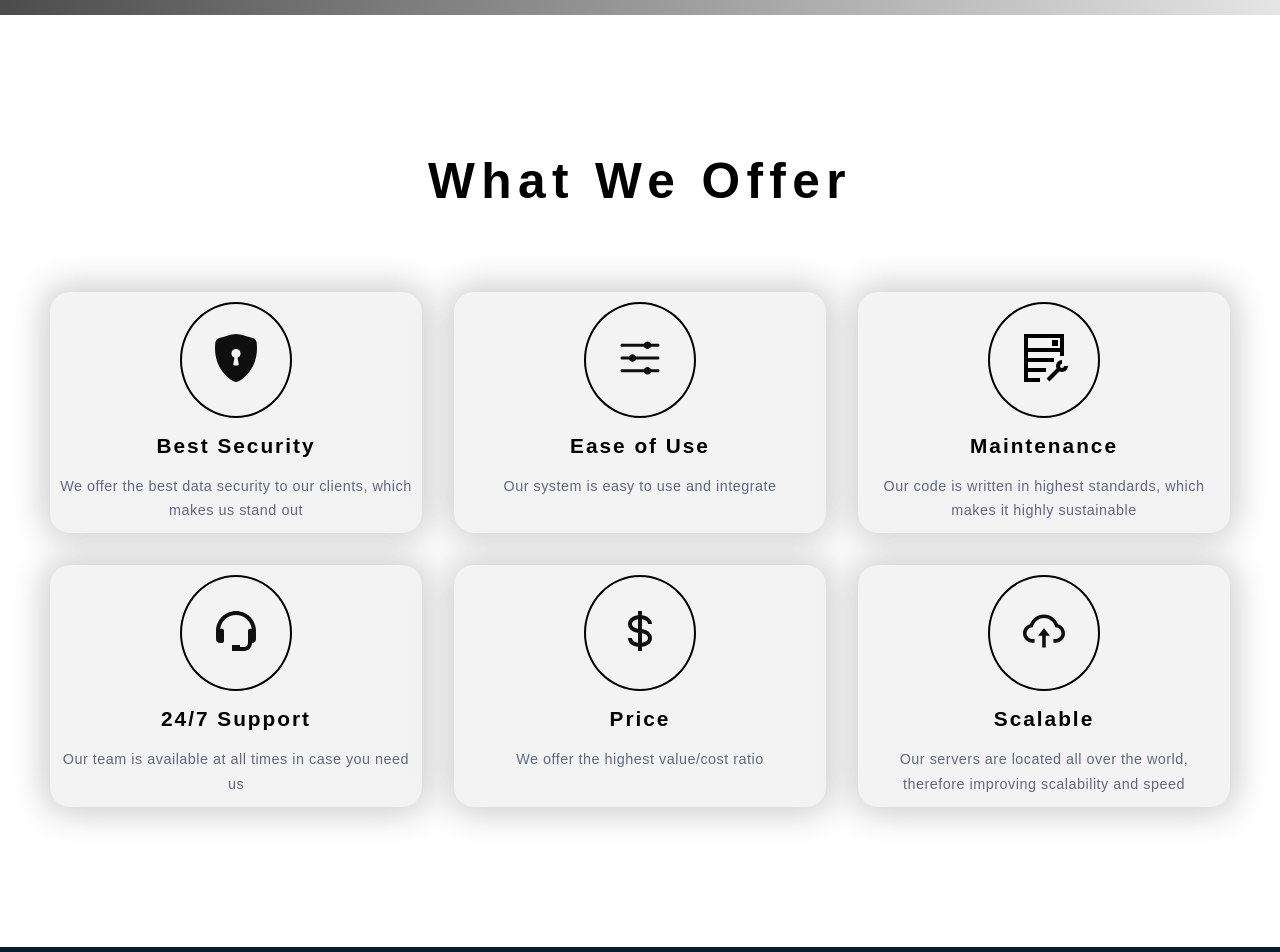
Repository: fdhhhdjd/Profile-Gift-B_H_Q_Trung
Page: /
These files come from the project's save history. The page is drawn as it stood at one moment and after the next save; the edit follows.
The browser window is 1280 px wide. The pictures show the part of the page from y = 705 to 1657 px (the page is 2018 px tall).
Pictures or frames that could not be fetched are drawn as grey boxes. The project was rebuilt for these pictures with package versions that can differ from the ones it lists, and the page was loaded fresh each time. Also part of the build but not shown: src/App.css, src/Styles/PricingStyles.js, src/Data/PricingData.js, src/Pages/PricingPage.js. Imported but missing from the stored project, and not drawn on this page: src/Pages/SignUpPage.

Above is the page before, as saved 2021-10-29 09:04:54.

After the next save:
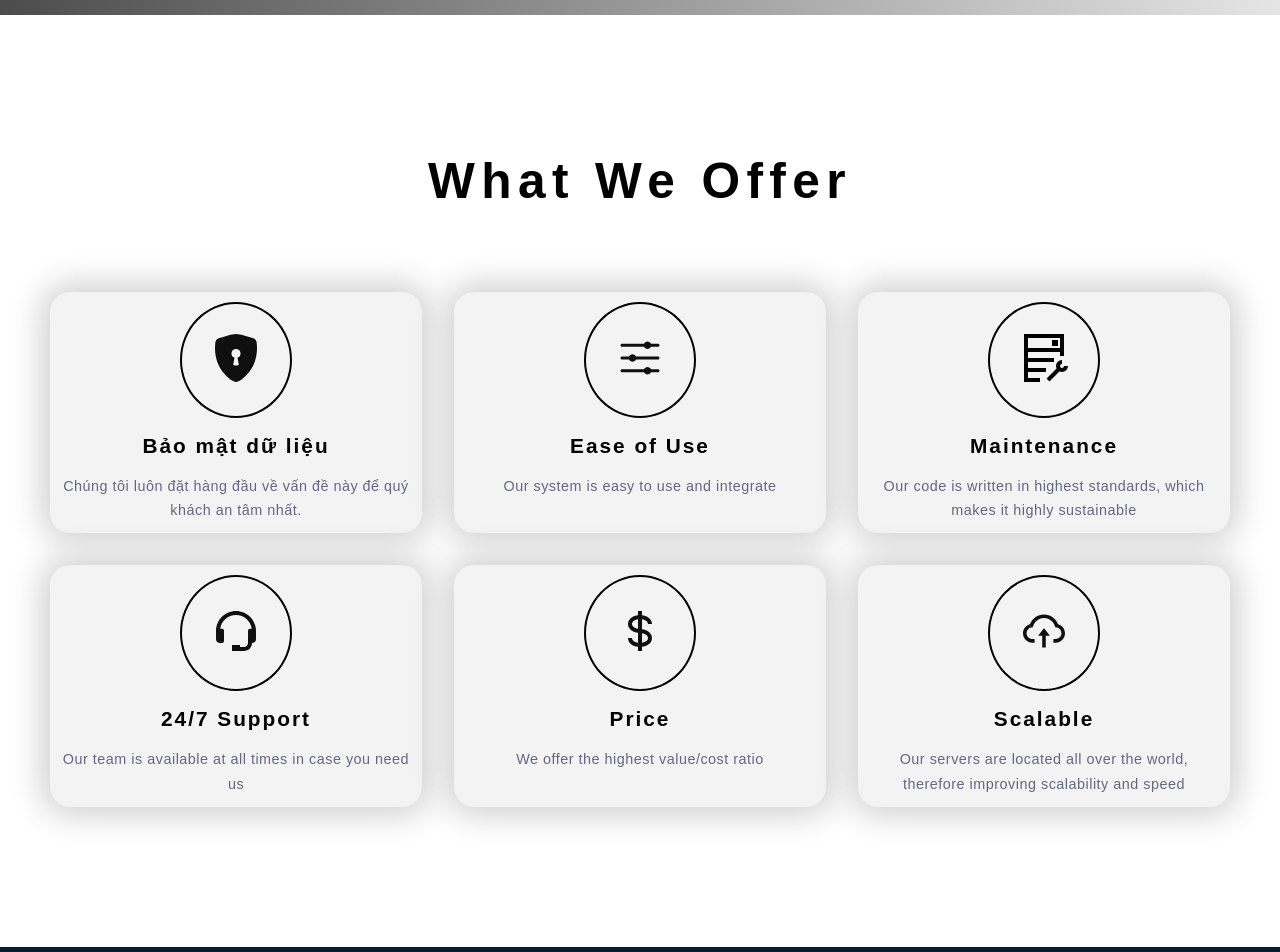
Saved 77 s later.
--- a/src/Data/FeaturesData.js
+++ b/src/Data/FeaturesData.js
@@ -1,48 +1,50 @@
-import React from 'react';
+import React from "react";
 
-import { BsFillShieldLockFill } from 'react-icons/bs';
-import { IoIosOptions } from 'react-icons/io';
-import { AiOutlineCloudUpload } from 'react-icons/ai';
-import { BiSupport, BiDollar } from 'react-icons/bi';
-import { GrHostMaintenance } from 'react-icons/gr';
+import { BsFillShieldLockFill } from "react-icons/bs";
+import { IoIosOptions } from "react-icons/io";
+import { AiOutlineCloudUpload } from "react-icons/ai";
+import { BiSupport, BiDollar } from "react-icons/bi";
+import { GrHostMaintenance } from "react-icons/gr";
 const iconStyle = (Icon) => <Icon size="3rem" color="#0f0f0f" />;
 
 export const featuresData = [
-	{
-		name: 'Best Security',
-		description: 'We offer the best data security to our clients, which makes us stand out',
-		icon: iconStyle(BsFillShieldLockFill),
-		imgClass: 'one',
-	},
-	{
-		name: 'Ease of Use',
-		description: 'Our system is easy to use and integrate',
-		icon: iconStyle(IoIosOptions),
-		imgClass: 'two',
-	},
-	{
-		name: 'Maintenance',
-		description: 'Our code is written in highest standards, which makes it highly sustainable',
-		icon: iconStyle(GrHostMaintenance),
-		imgClass: 'three',
-	},
-	{
-		name: '24/7 Support',
-		description: 'Our team is available at all times in case you need us',
-		icon: iconStyle(BiSupport),
-		imgClass: 'four',
-	},
-	{
-		name: 'Price',
-		description: 'We offer the highest value/cost ratio',
-		icon: iconStyle(BiDollar),
-		imgClass: 'five',
-	},
-	{
-		name: 'Scalable',
-		description:
-			'Our servers are located all over the world, therefore improving scalability and speed ',
-		icon: iconStyle(AiOutlineCloudUpload),
-		imgClass: 'six',
-	},
+  {
+    name: "Bảo mật dữ liệu",
+    description:
+      "Chúng tôi luôn đặt hàng đầu về vấn đề này để quý khách an tâm nhất.",
+    icon: iconStyle(BsFillShieldLockFill),
+    imgClass: "one",
+  },
+  {
+    name: "Ease of Use",
+    description: "Our system is easy to use and integrate",
+    icon: iconStyle(IoIosOptions),
+    imgClass: "two",
+  },
+  {
+    name: "Maintenance",
+    description:
+      "Our code is written in highest standards, which makes it highly sustainable",
+    icon: iconStyle(GrHostMaintenance),
+    imgClass: "three",
+  },
+  {
+    name: "24/7 Support",
+    description: "Our team is available at all times in case you need us",
+    icon: iconStyle(BiSupport),
+    imgClass: "four",
+  },
+  {
+    name: "Price",
+    description: "We offer the highest value/cost ratio",
+    icon: iconStyle(BiDollar),
+    imgClass: "five",
+  },
+  {
+    name: "Scalable",
+    description:
+      "Our servers are located all over the world, therefore improving scalability and speed ",
+    icon: iconStyle(AiOutlineCloudUpload),
+    imgClass: "six",
+  },
 ];
